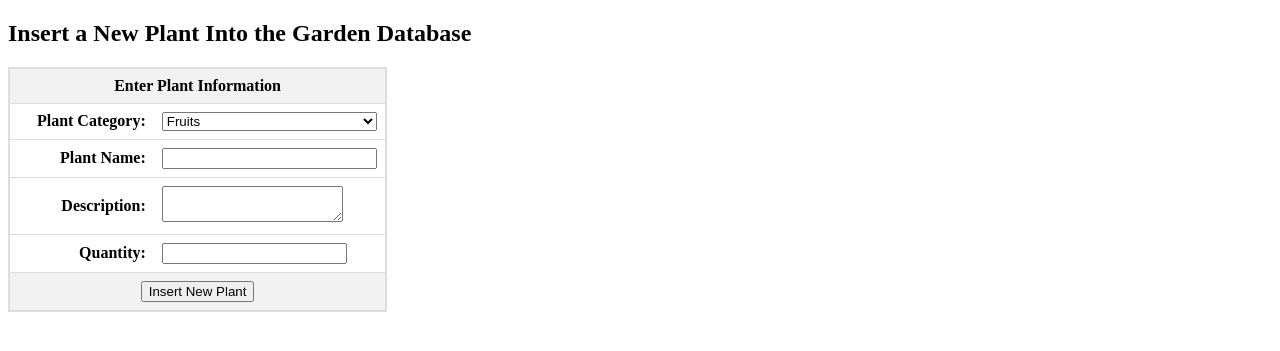
Repository: bkyncl/csd-430
Page: http://localhost/kyncl_08/form.jsp
These files come from the project's save history. The page is drawn as it stood at one moment and after the next save; the edit follows.
The browser window is 1280 px wide. The pictures show the whole page.
The page is served by Tomcat 9.

Above is the page before, as saved 2023-07-04 08:06:56.

After the next save:
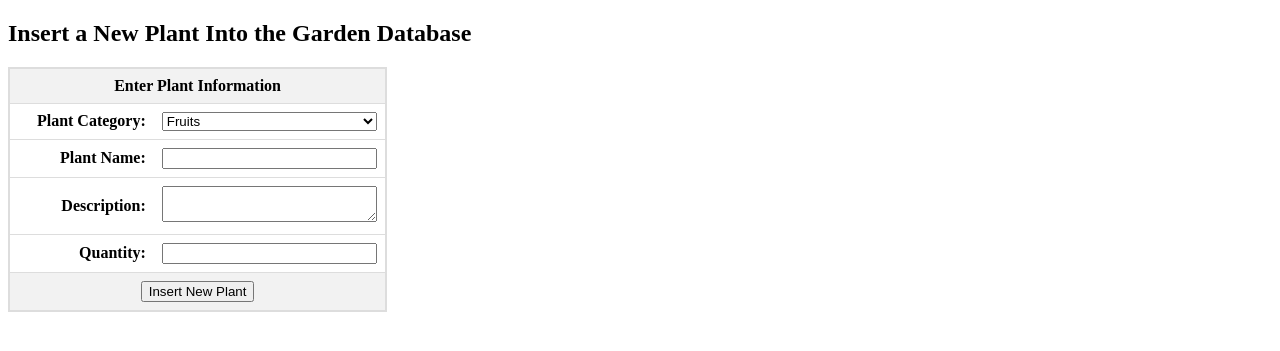
Saved 11 s later.
--- a/kyncl_08/src/main/webapp/form.jsp
+++ b/kyncl_08/src/main/webapp/form.jsp
@@ -25,7 +25,7 @@
         font-weight: bold;
     }
     input[type="text"],
-    input[type="number"]
+    input[type="number"],
     textarea,
     select {
         width: 100%;
